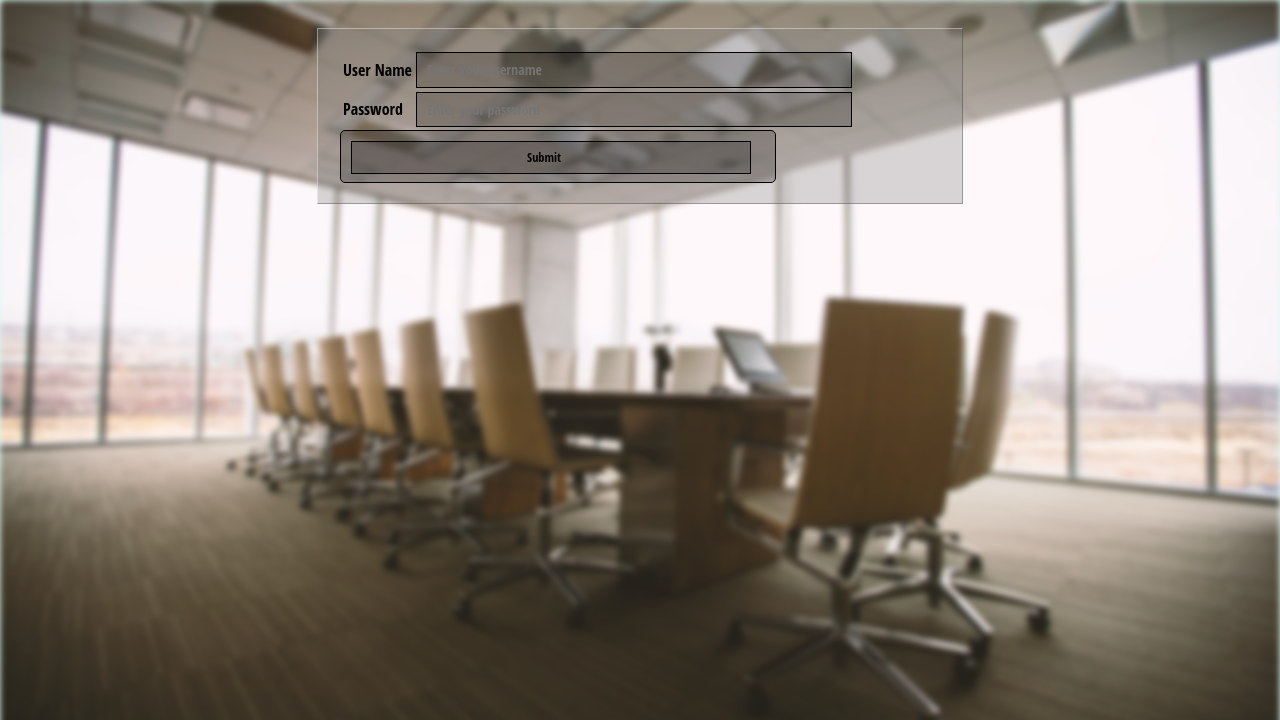
Repository: IT20643218/Employee-Management-System-OOP-Project-20-Y2S2
Page: http://localhost/EmployeeDemo/login.jsp
The author's editor kept a copy of each file at every save. The page is drawn from the files as they stood at one save, then again after the next save.
The browser window is 1280 px wide. The pictures show the whole page.
Some web fonts or font styles are not loaded; a fallback is used. The page is served by Tomcat 9. Nobody is signed in. The application's start-up code is not run.

Above is the page before, as saved 2021-09-30 12:58:16.

After the next save:
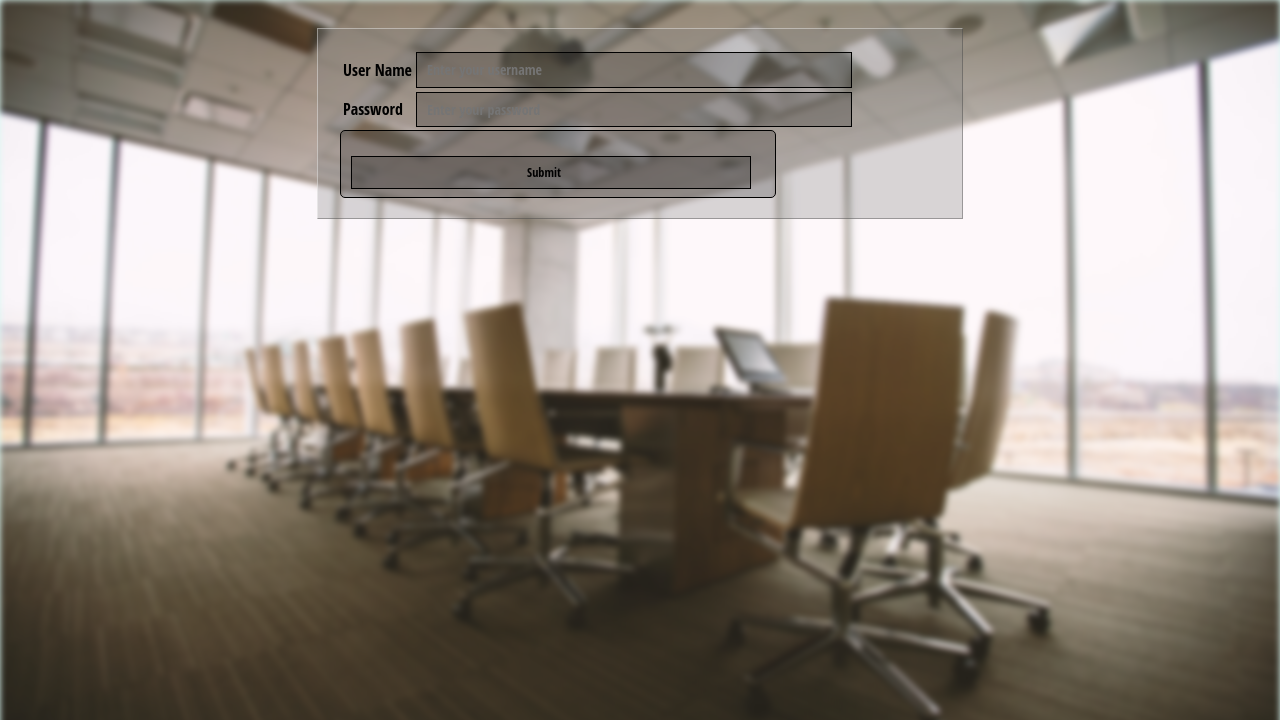
Saved 12 s later.
--- a/Java_Project/EmployeeDemo/src/main/webapp/login.jsp
+++ b/Java_Project/EmployeeDemo/src/main/webapp/login.jsp
@@ -53,7 +53,7 @@ form input, form button {
 	border: 1px solid;
 	background-color: rgba(0,0,0,.2);
   	background-repeat: no-repeat;
-  	padding: 10px 24px 8px 10px;
+  	padding: 25px 24px 8px 10px;
   	font: bold .875em/1.25em "Open Sans Condensed", sans-serif;
 }
 
